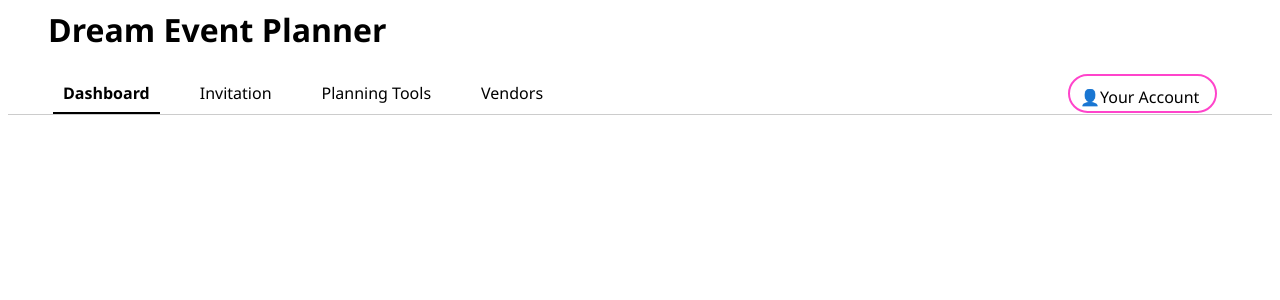
Repository: rajeshwari16945/Dream_Event_planner
Page: dep-admin-vendor-svc/src/main/resources/static/html/userNavigation.html
An editor plug-in stored every save of this project. The page is shown before and after the next save, followed by the edit.
The browser window is 1280 px wide. The pictures show the whole page.

Above is the page before, as saved 2025-03-08 17:10:00.

After the next save:
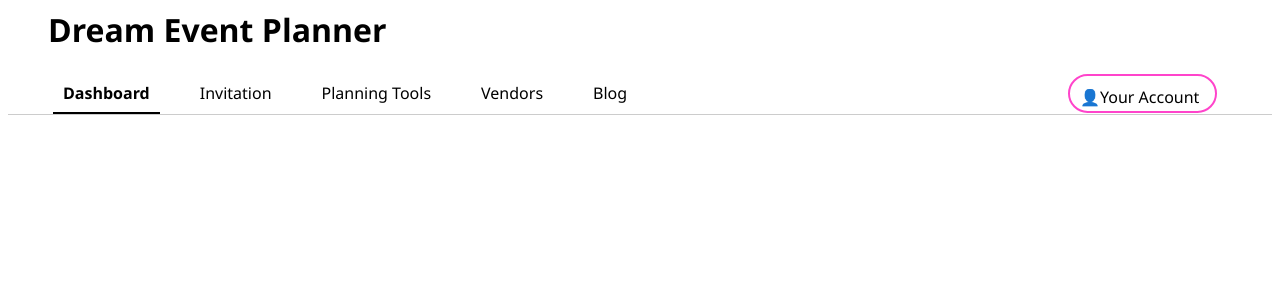
Saved 3 min 37 s later.
--- a/dep-admin-vendor-svc/src/main/resources/static/html/userNavigation.html
+++ b/dep-admin-vendor-svc/src/main/resources/static/html/userNavigation.html
@@ -36,6 +36,8 @@
 				                <li><a href="VendorList.html?type=Photographer">Photographers</a></li>
 				            </ul>
 						</li>
+	                    <li><a class="nav-items" href="">Blog</a></li>
+
 					</ul>
                 </div>
                 <div class="float-right">
